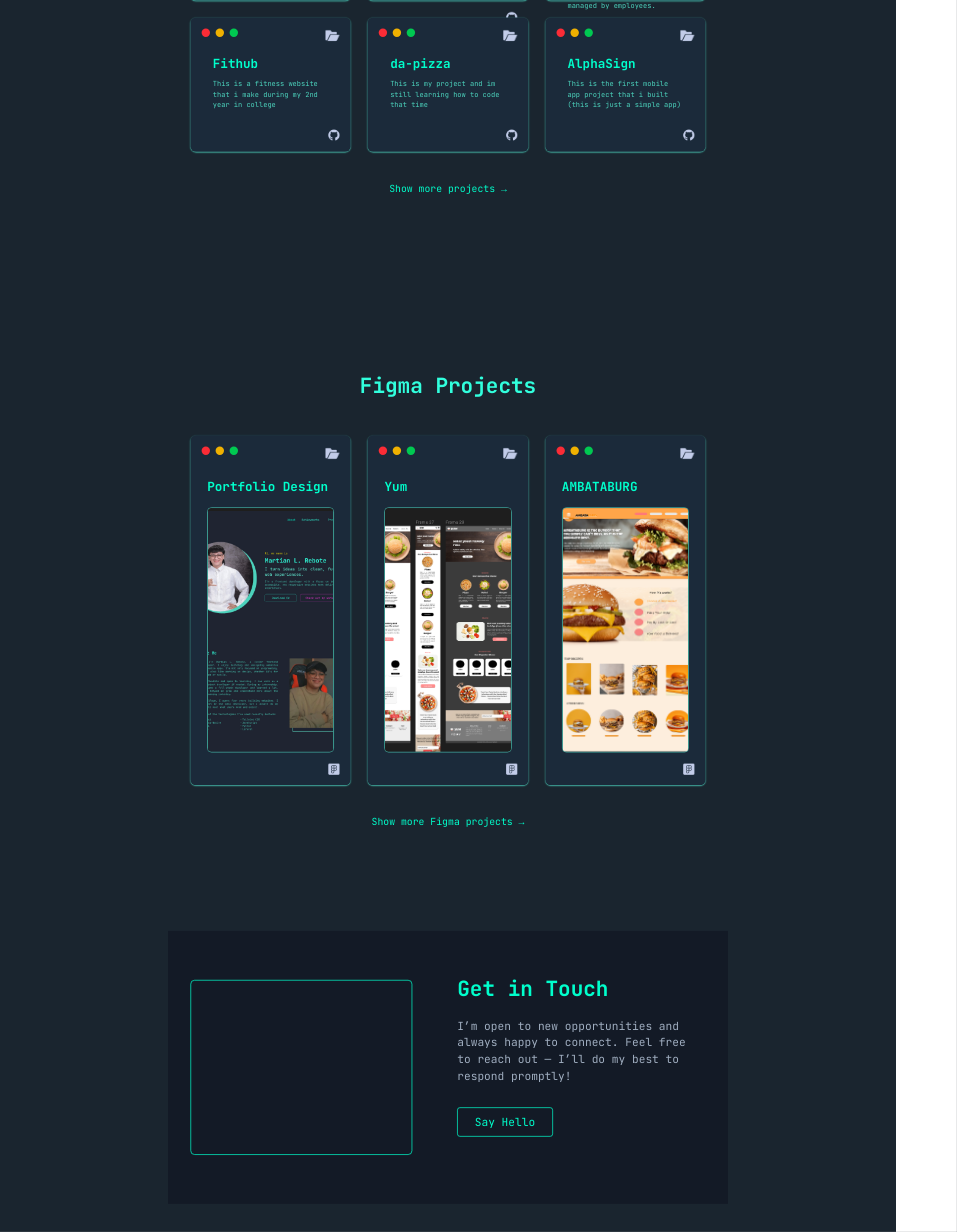
Repository: m4rsu-code/Portfolio
Page: / (app in my-portfolio/)
These files come from the project's save history. The page is drawn as it stood at one moment and after a run of saves; the edit follows.
The browser window is 1280 px wide. The page is 1367 px wide, so the pictures cover 1367 px, including what lies to the right of the window. The pictures show the part of the page from y = 3167 to 4927 px (the page is 4927 px tall before and 4915 px after), at 70% of full size.
The project was rebuilt for these pictures with package versions that can differ from the ones it lists, and the page was loaded fresh each time. Also part of the build but not shown: my-portfolio/vite.config.js, my-portfolio/src/assets/components/Modal/AchievementModal.jsx, my-portfolio/src/AchievementsPage.jsx, my-portfolio/src/ProjectPage.jsx, my-portfolio/src/FigmaProjectsPage.jsx.

Above is the page before, as saved 2025-08-04 18:13:48.

After the next 3 saves:
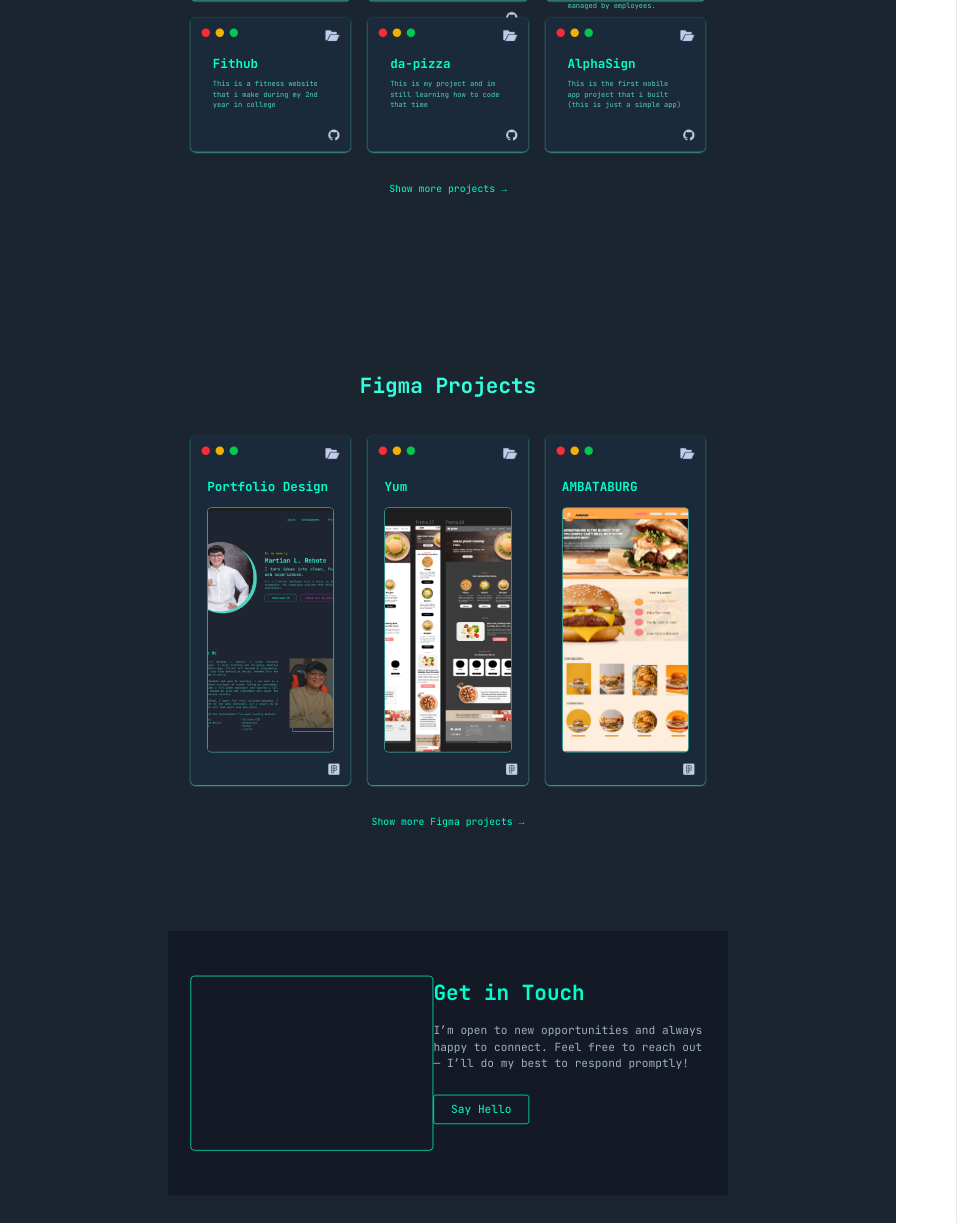
The 3 saves are shown as one change because they came seconds apart.
The last was saved 20 s later.
--- a/my-portfolio/src/App.jsx
+++ b/my-portfolio/src/App.jsx
@@ -333,7 +333,7 @@
 
         {/* Contact section */}
         <div className="flex flex-col items-center justify-center mt-20 px-8 py-16 font-jetbrains-mono text-white bg-[#131A26]">
-          <div className="flex flex-col md:flex-row items-center justify-center gap-16 max-w-6xl w-full">
+          <div className="flex flex-col md:flex-row items-center justify-center  w-full">
 
             {/* Left side — the outlined box */}
             <div className="border border-[#00FFCC] w-[300px] h-[200px] md:w-[400px] md:h-[250px] rounded-md"></div>

After the save that followed:
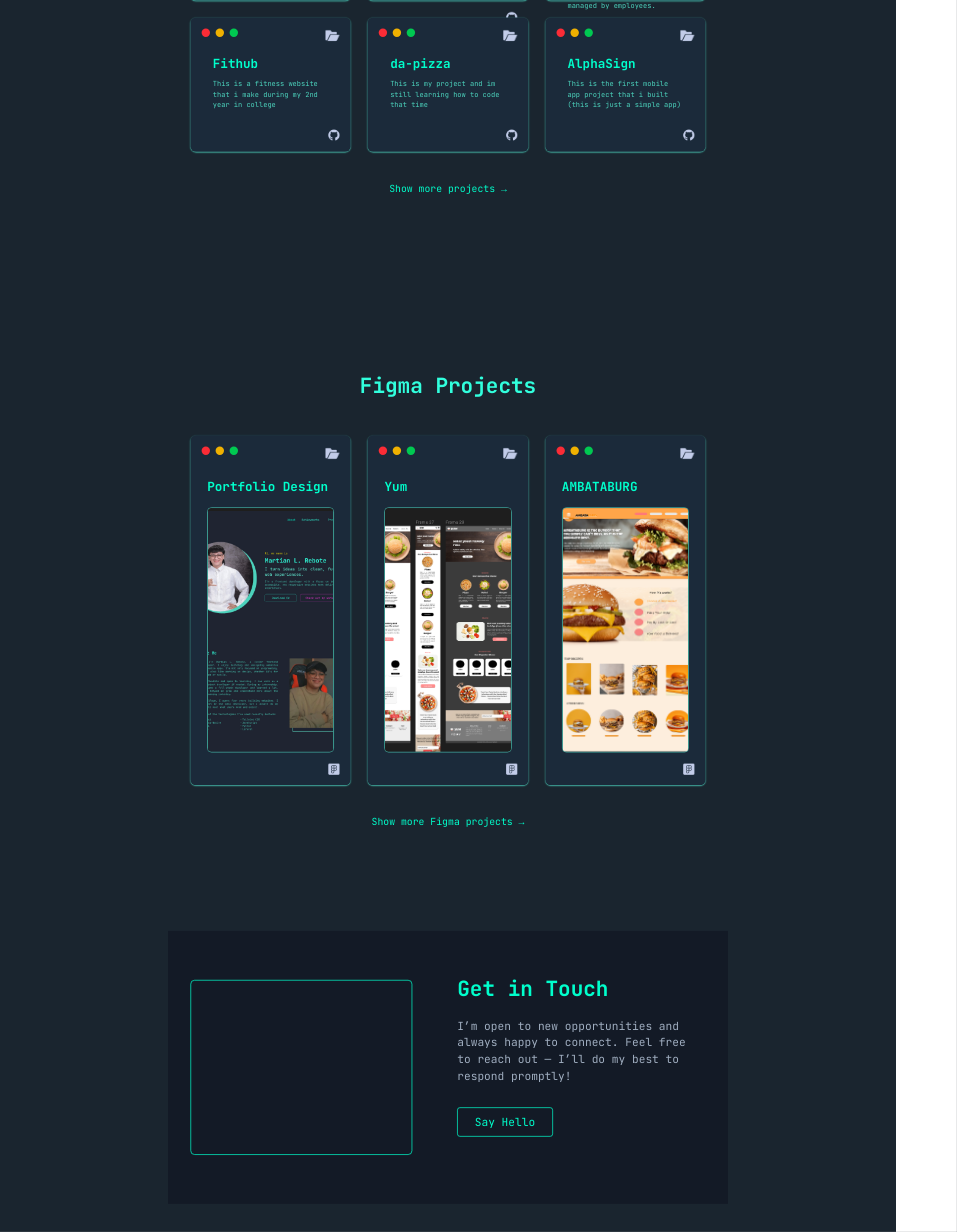
Saved 9 s later.
--- a/my-portfolio/src/App.jsx
+++ b/my-portfolio/src/App.jsx
@@ -333,7 +333,7 @@
 
         {/* Contact section */}
         <div className="flex flex-col items-center justify-center mt-20 px-8 py-16 font-jetbrains-mono text-white bg-[#131A26]">
-          <div className="flex flex-col md:flex-row items-center justify-center  w-full">
+          <div className="flex flex-col md:flex-row items-center justify-center gap-16 max-w-6xl w-full">
 
             {/* Left side — the outlined box */}
             <div className="border border-[#00FFCC] w-[300px] h-[200px] md:w-[400px] md:h-[250px] rounded-md"></div>
